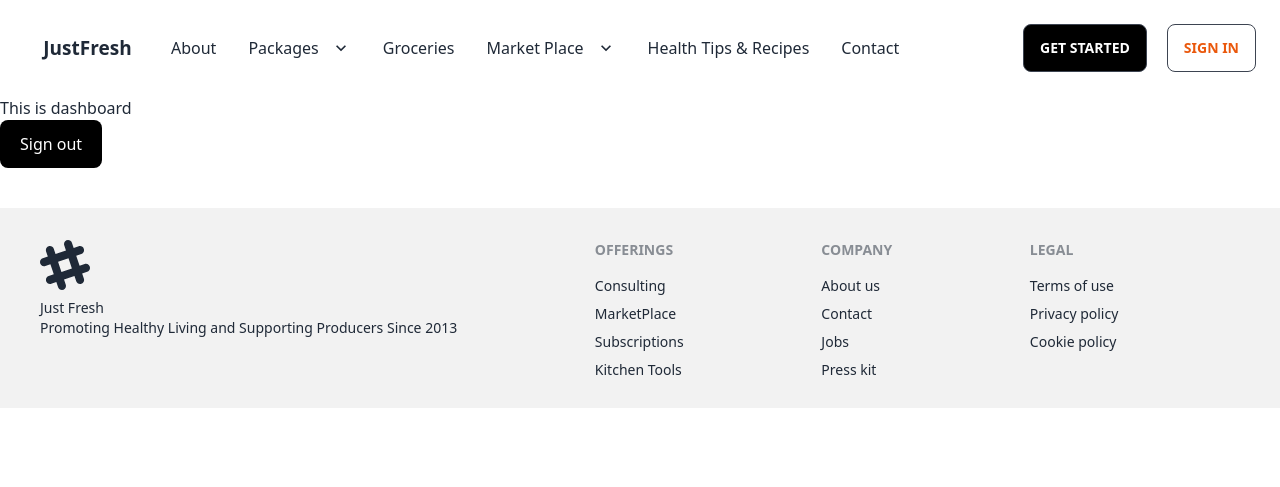
Repository: buzzedison/justfreshnew
Page: /dashboard
An editor plug-in stored every save of this project. The page is shown before and after the next save, followed by the edit.
The browser window is 1280 px wide. The pictures show the whole page.
The project was rebuilt for these pictures with package versions that can differ from the ones it lists, and the page was loaded fresh each time. The framework's server and built-in components were replaced by stand-ins that run in the browser. Also part of the build but not shown: svelte.config.js, vite.config.js.

Above is the page before, as saved 2023-04-05 11:29:09.

After the next save:
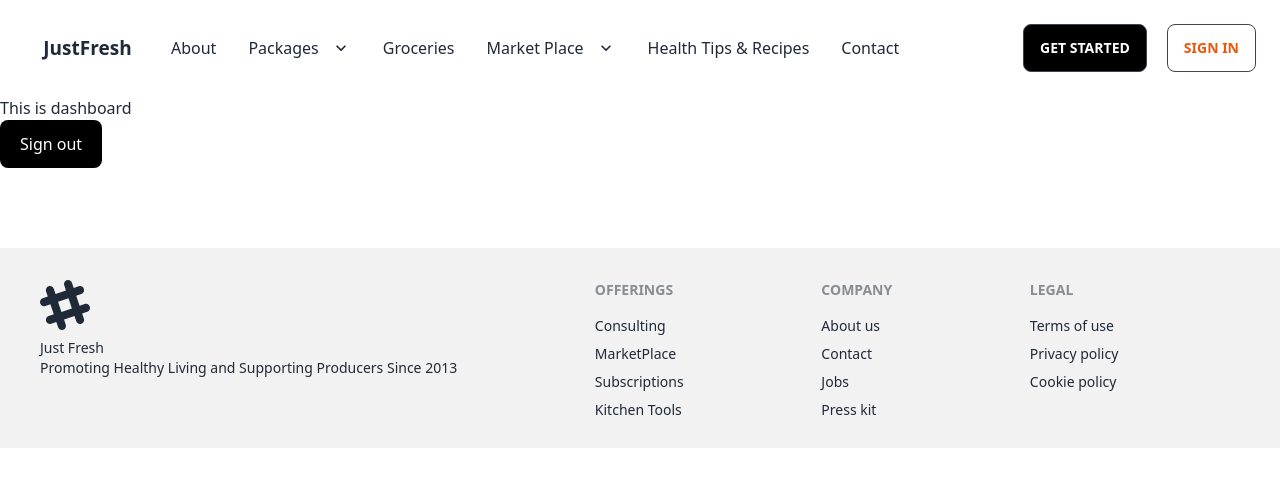
Saved 18 s later.
--- a/src/components/Footer.svelte
+++ b/src/components/Footer.svelte
@@ -25,7 +25,7 @@
     </div>
   </div>
 </footer> -->
-<div class="py-10">
+<div class="pt-20">
   <footer class="footer p-10 bg-base-200 text-base-content py-7 pt-8">
     <div>
       <svg
